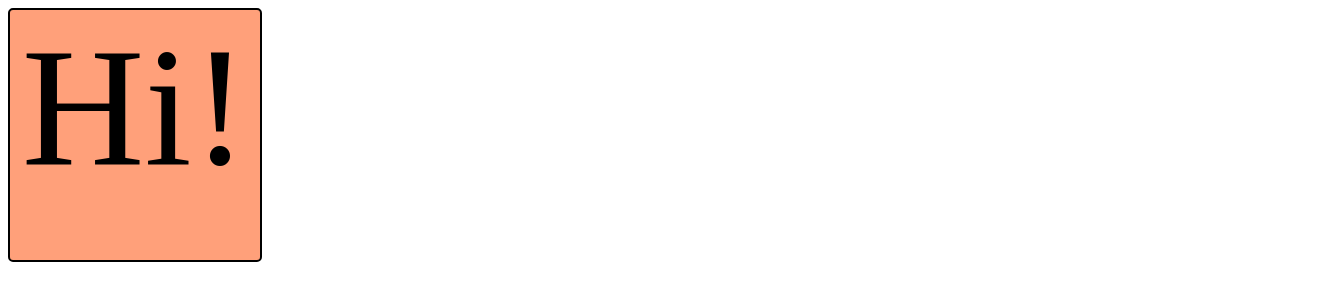
Repository: nottonofclay/csi_waymo
Page: animations/animations.html
An editor plug-in stored every save of this project. The page is shown before and after the next save, followed by the edit.
The browser window is 1280 px wide. The page is 1280 px wide, then 1329 px, so the pictures cover 1329 px, including what lies to the right of the window. The pictures show the whole page.

Above is the page before, as saved 2023-07-06 12:37:35.

### animations/animations.html
<!DOCTYPE html>
<html lang="en">
<head>
    <meta charset="UTF-8">
    <meta name="viewport" content="width=device-width, initial-scale=1.0">
    <title>Document</title>
    <link rel="stylesheet" href="animations.css">
</head>
<body>
    <div id="box1">Hi!</div>
</body>
</html>

### animations/animations.css
#box1 {
    border: 2px solid;
    border-radius: 5px;
    width: 250px;
    height: 250px;
    background: lightsalmon;
    font-size: 170px;
    text-align: center;

    animation: mySlide;
    animation-play-state: running;
    animation-iteration-count: infinite;
    animation-delay: 0;
    animation-timing-function: ease-out;
    animation-duration: 0.5s;
}

@keyframes mySlide {
    from {margin-left: 0%}
    to {margin-left: 100%}
}

After the next save:
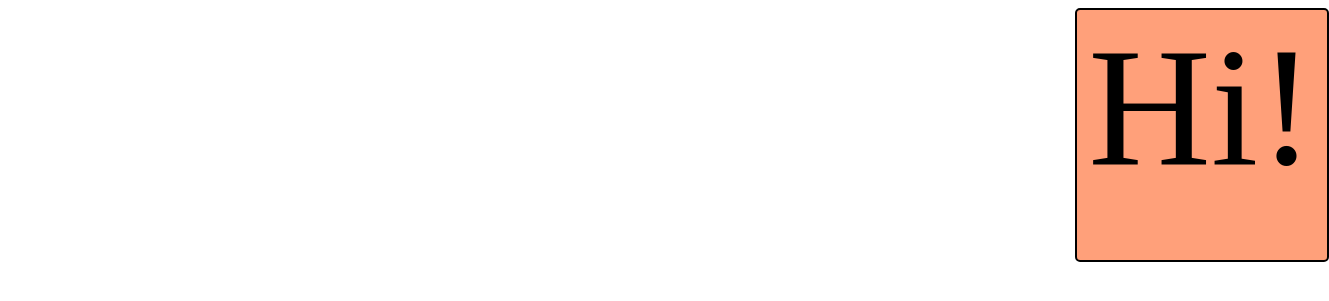
Saved 6 s later.
--- a/animations/animations.css
+++ b/animations/animations.css
@@ -12,7 +12,7 @@
     animation-iteration-count: infinite;
     animation-delay: 0;
     animation-timing-function: ease-out;
-    animation-duration: 0.5s;
+    animation-duration: 3s;
 }
 
 @keyframes mySlide {
